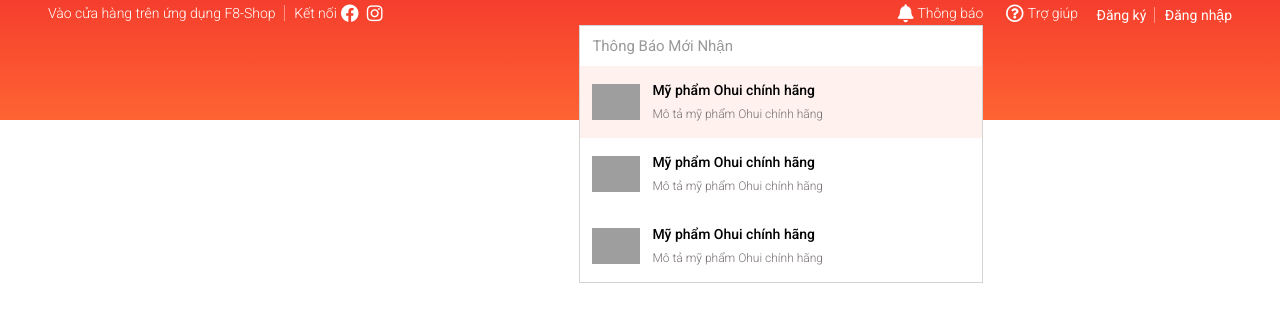
Repository: huynhnhan112/Shopee_Homepage
Page: index.html
These files come from the project's save history. The page is drawn as it stood at one moment and after the next save; the edit follows.
The browser window is 1280 px wide. The pictures show the whole page.
Pictures or frames that could not be fetched are drawn as grey boxes.

Above is the page before, as saved 2021-11-18 23:18:18.

After the next save:
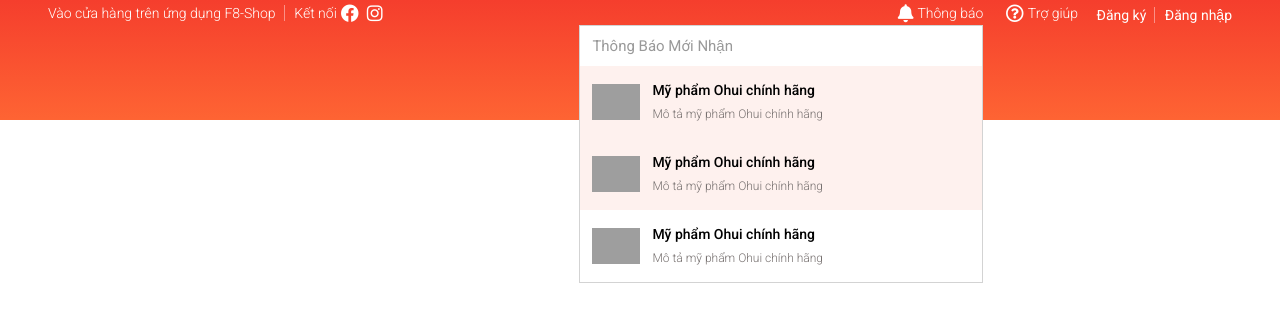
Saved 36 s later.
--- a/index.html
+++ b/index.html
@@ -66,7 +66,7 @@
                                             </div>
                                         </a>
                                     </li>
-                                    <li class="header__notify-item">
+                                    <li class="header__notify-item header__notify-item--viewed">
                                         <a href="" class="header__notify-link">
                                             <img src="https://img.abaha.vn/photos/origin/83-1586781803-myphamohui-lgvina.png" alt="" class="header__notify-img">
                                             <div class="header__notify-info">
